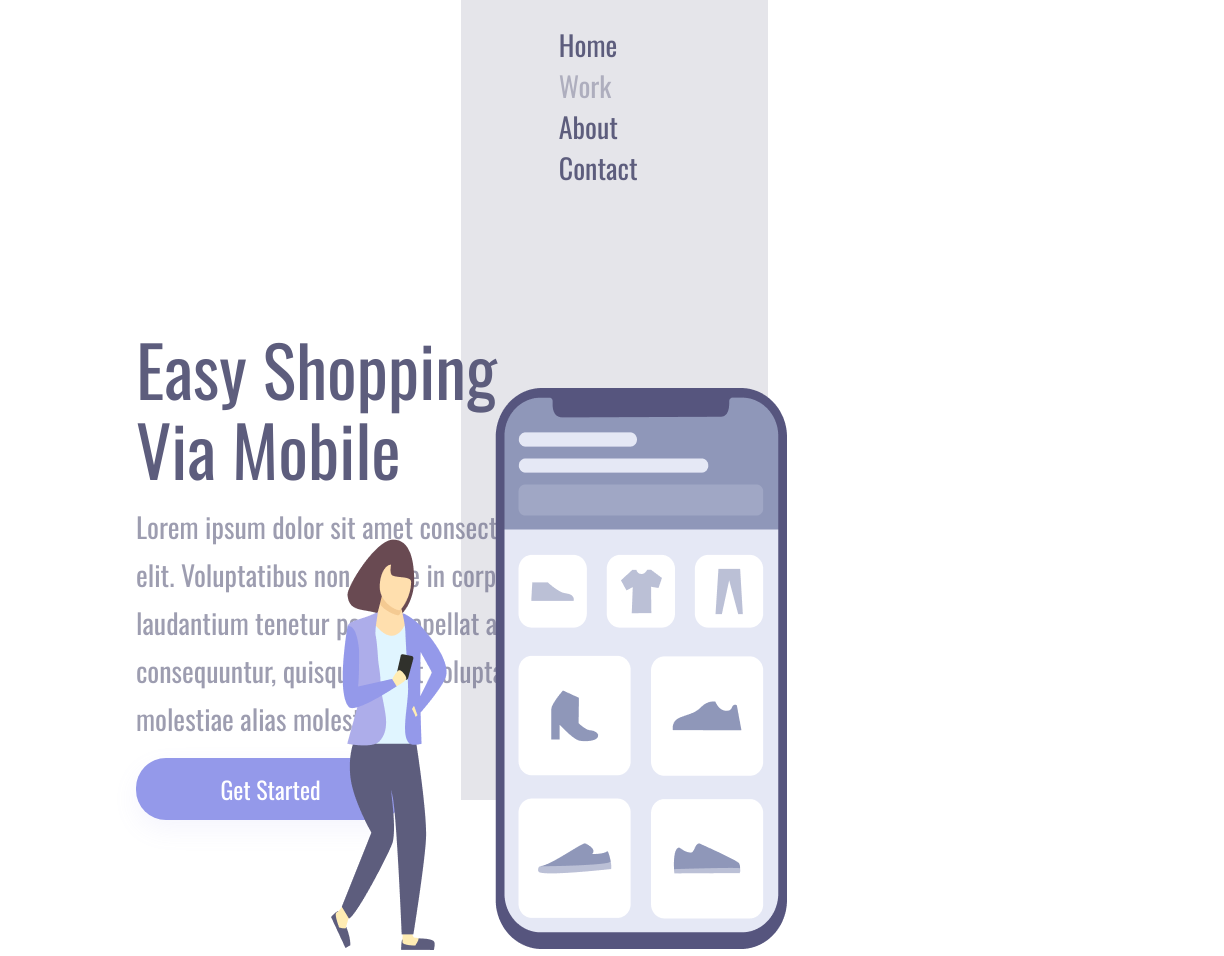
Repository: DihOliver/Projeto-Responsivo
Page: index.html
The author's editor kept a copy of each file at every save. The page is drawn from the files as they stood at one save, then again after the next save.
The browser window is 768 px wide. The page is 917 px wide, then 1224 px, so the pictures cover 1224 px, including what lies to the right of the window. The pictures show the whole page.
Some web fonts or font styles are not loaded; a fallback is used.

Above is the page before, as saved 2023-06-07 22:20:36.

After the next save:
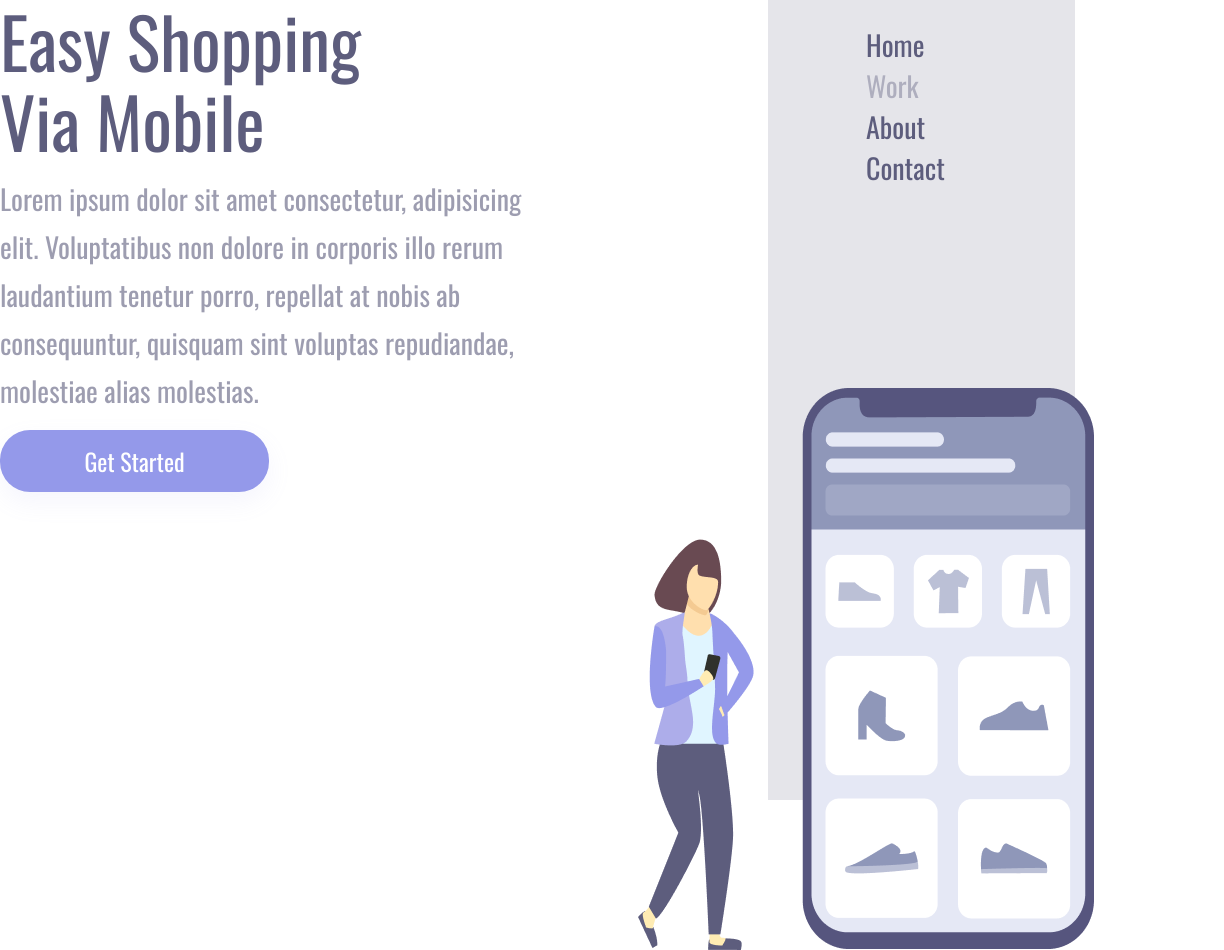
Saved 6 days later.
--- a/styles.css
+++ b/styles.css
@@ -20,6 +20,7 @@
 
 
 }
+
 
 .container-rigth {
     display: inline-block;
@@ -106,3 +107,13 @@ button {
     header {
         margin: 24px 0 0 57px;
     }
+
+    @media screen and (max-width: 900px) {
+        .container-left {
+            width: 100%;
+            height: 50%;
+            padding: 0;
+            margin: 0;
+        }
+
+    }
